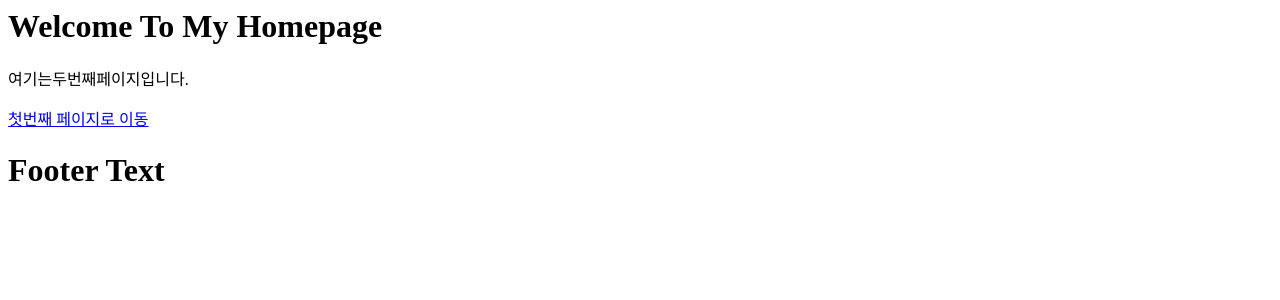
Repository: IreneCho/sk
Page: jqmTest/WebContent/day14/pagetwo.html
These files come from the project's save history. The page is drawn as it stood at one moment and after the next save; the edit follows.
The browser window is 1280 px wide. The pictures show the whole page.

Above is the page before, as saved 2016-08-17 02:41:22.

### jqmTest/WebContent/day14/pagetwo.html
<meta charset="EUC-KR">
<div data-role="page" id="pagetwo">

    <div data-role="header">
      <h1>Welcome To My Homepage</h1>
    </div>

    <div data-role="contets" class="ui-content">
     <p>여기는두번째페이지입니다.</p>
      <a href="a.html">첫번째 페이지로 이동</a>
    </div>

    <div data-role="footer" data-position="fixed">
     <h1>Footer Text</h1>
    </div>
</div>

After the next save:
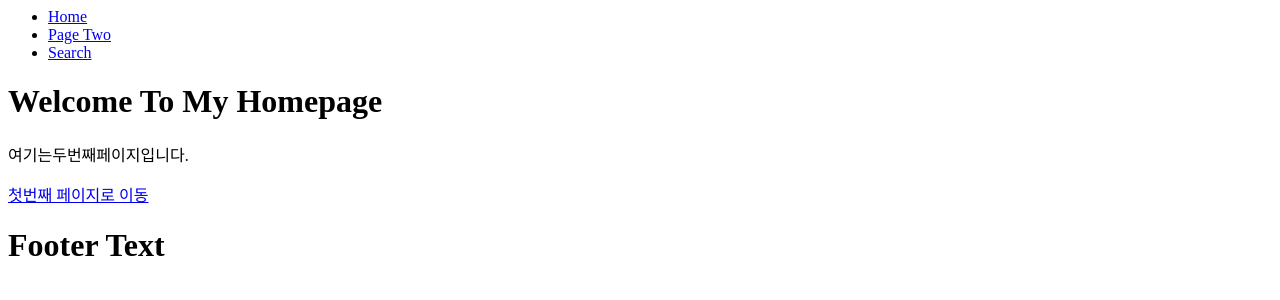
Saved 87 s later.
--- a/jqmTest/WebContent/day14/pagetwo.html
+++ b/jqmTest/WebContent/day14/pagetwo.html
@@ -1,4 +1,13 @@
 <meta charset="EUC-KR">
+		<div data-role="header">
+			<div data-role="navbar">
+				<ul>
+					<li><a href="#anylink">Home</a></li>
+					<li><a href="#anylink">Page Two</a></li>
+					<li><a href="#anylink">Search</a></li>
+				</ul>
+			</div>
+		</div>
 <div data-role="page" id="pagetwo">
 
     <div data-role="header">
